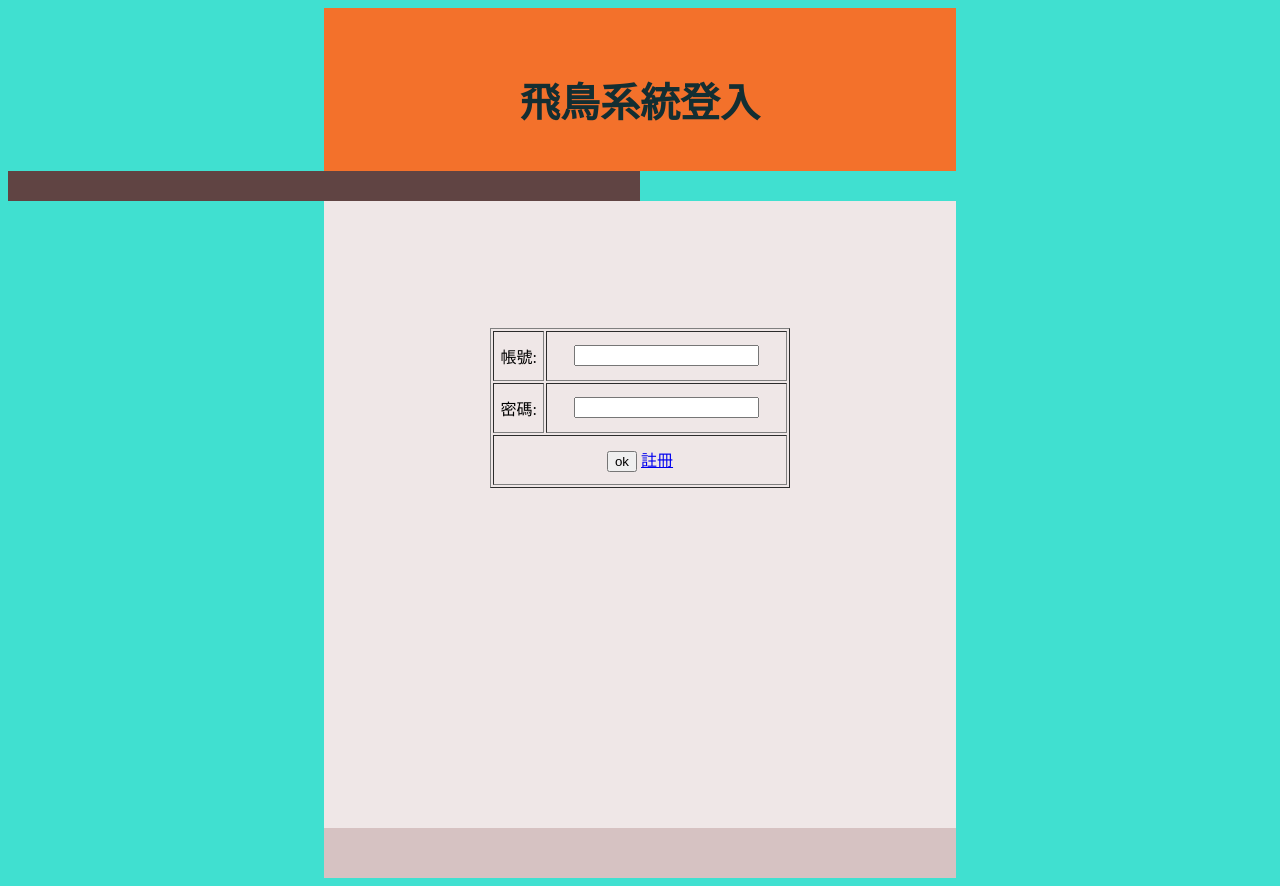
Repository: pride0420/portfolio
Page: Portfolio/1_springBoot/src/main/resources/static/index.html
These files come from the project's save history. The page is drawn as it stood at one moment and after the next save; the edit follows.
The browser window is 1280 px wide. The pictures show the whole page.

Above is the page before, as saved 2023-12-01 05:30:01.

### Portfolio/1_springBoot/src/main/resources/static/index.html
<!DOCTYPE html>
<html>
<link rel="stylesheet" href="css/index.css">
<head>
<meta charset="utf-8">
<title>Insert title here</title>
</head>
<body>
<form action="login" method="post">
<div id="header" >飛鳥系統登入</div>
	<div id="navigater"></div>
		<div id="content"><table align="center" border="1" width=300>
		<tr align="center" height=50>
			<td>帳號:</td>
			<td><input type="text" name="username"></td>
		</tr>
		<tr align="center" height=50>
			<td>密碼:</td>
			<td><input type="password" name="password"></td>
		</tr>
		<tr align="center" height=50>
			<td colspan="2"><input type="submit" value="ok">
			<a href="addError">註冊</td>

		</tr>
	</table></div>
</form>

<div id="footer"></div>
</body>
</html>

### Portfolio/1_springBoot/src/main/resources/static/css/index.css
@charset "BIG5";
body{
	 background-color:  #40e0d0;
}
#header{
	background-color: #F3712B;
	width: 50%;
	height:100px;
	margin-left: 25%;
	color: #132E32;
	font-weight:800;
	font-size:250%;
	text-align: center;
	padding-top: 5%;
}
#navigater{

	background-color:#604443;
	width: 50%;
	height:30px;
	column-count:2;

}
#nav{
	background-color:#604443;
	color:white;
	padding-left:60%;
	column-span:all;

}
#content{
	background-color:#EFE7E7;
	width: 50%;
	height:500px;
	margin-left: 25%;
	padding-top: 10%;
}
#footer{
	background-color:#D6C2C2;
	width: 50%;
	height:50px;
	margin-left: 25%;
}

After the next save:
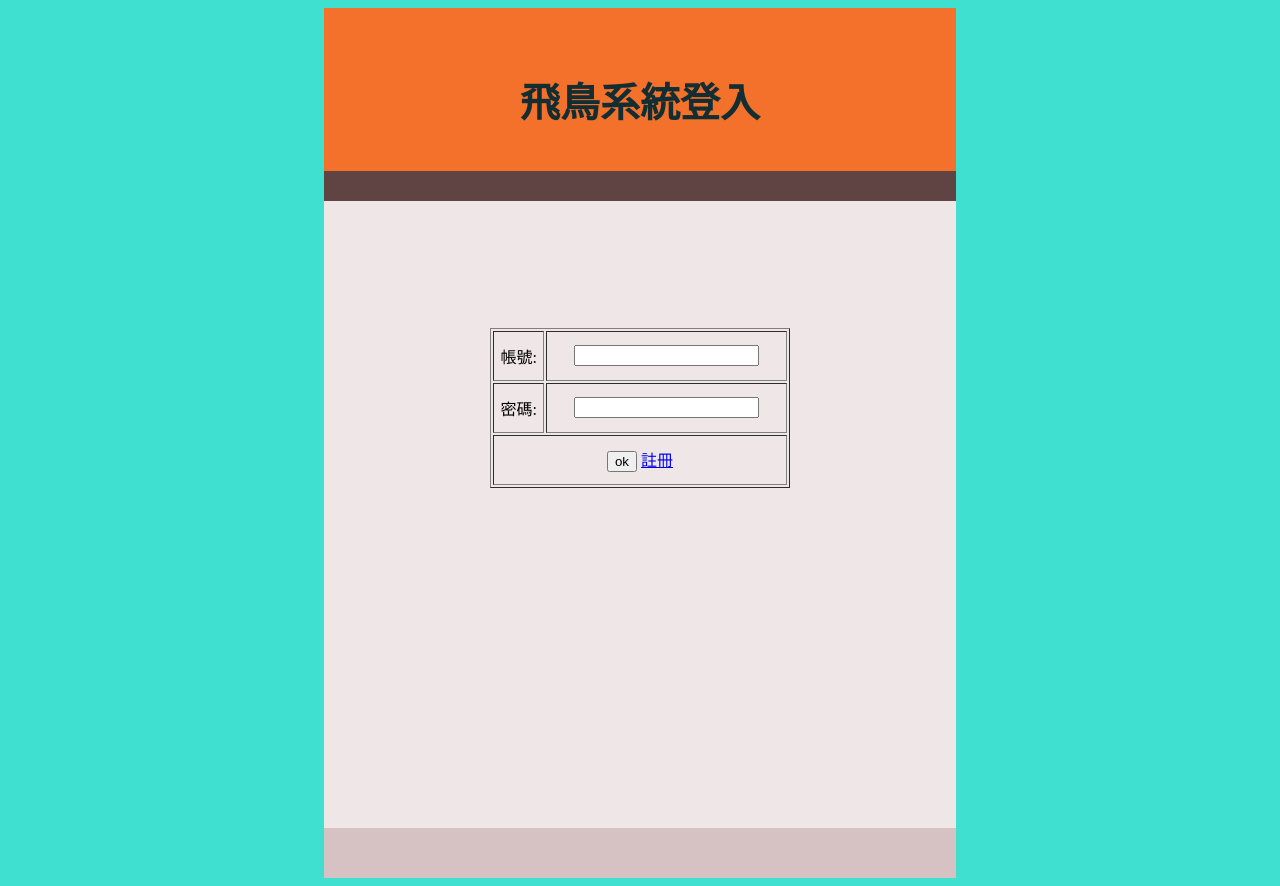
Saved 80 s later.
--- a/Portfolio/1_springBoot/src/main/resources/static/css/index.css
+++ b/Portfolio/1_springBoot/src/main/resources/static/css/index.css
@@ -19,7 +19,9 @@ body{
 	width: 50%;
 	height:30px;
 	column-count:2;
-
+	border-collapse:collapse;
+	column-span:all;
+	margin-left: 25%;
 }
 #nav{
 	background-color:#604443;
